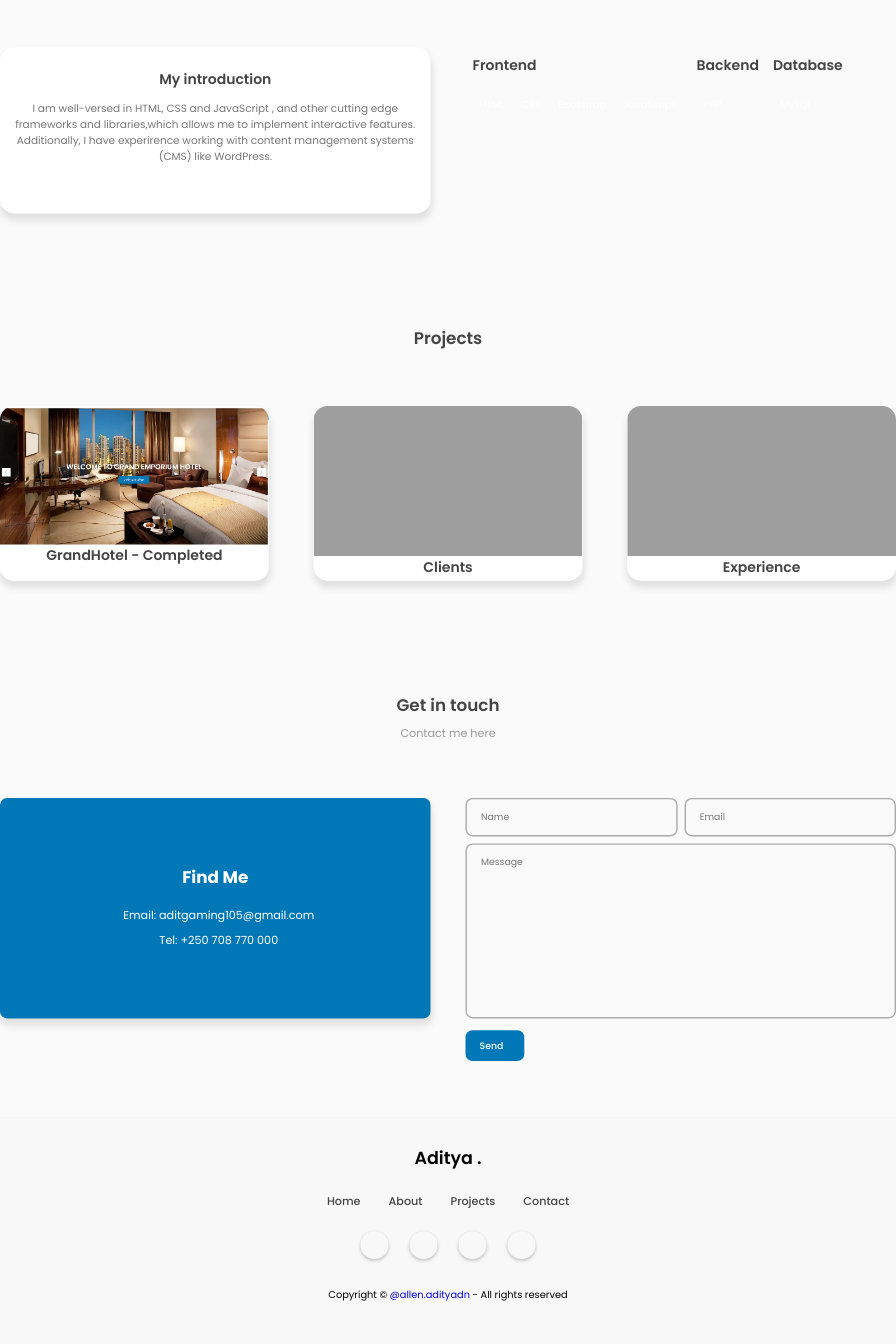
Repository: 4Kbrain/Portofolio
Page: index.html
An editor plug-in stored every save of this project. The page is shown before and after a run of saves, followed by the edit.
The browser window is 1280 px wide. The pictures show the part of the page from y = 847 to 2767 px (the page is 2767 px tall), at 70% of full size.
Pictures or frames that could not be fetched are drawn as grey boxes. Some icons come from a web library that is not loaded, so they are not drawn.

Above is the page before, as saved 2024-05-15 16:03:36.
Console error: ReferenceError: ScrollReveal is not defined

After the next 2 saves:
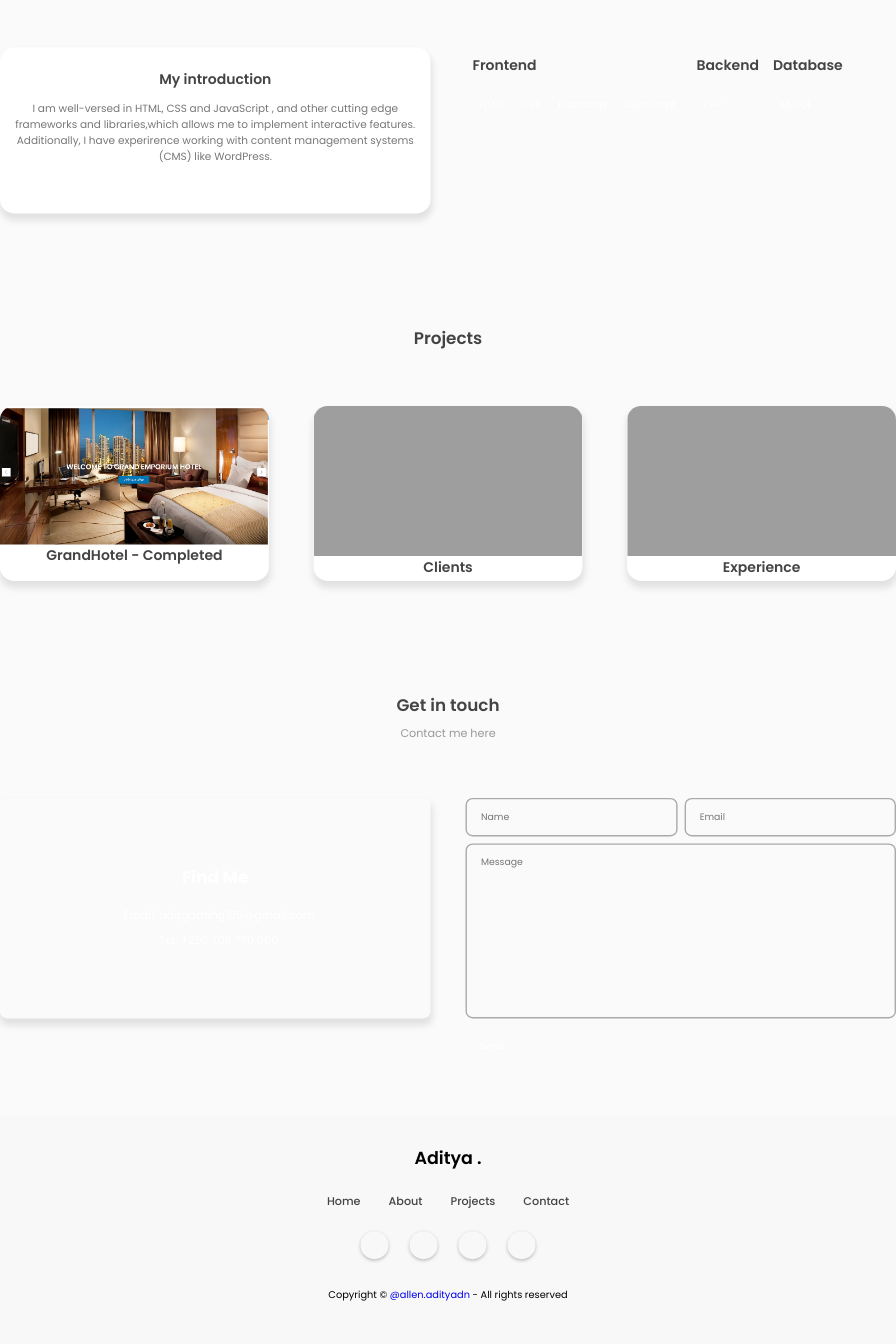
The 2 saves are shown as one change because they came seconds apart.
The last was saved 15 s later.
--- a/assets/css/style.css
+++ b/assets/css/style.css
@@ -10,7 +10,7 @@
     --first-color:  hsl(var(--hue-color), 89%, 60%);
     --first-color-hover: rgb(40, 91, 212);
 
-    --second-color: #0077b6;
+    --second-color:hsl(var(--hue-color), 56%, 12%);
     --third-color: rgb(192, 166, 49);
     --first-shadow-color: rgba(0, 0, 0, 0.1);
 
